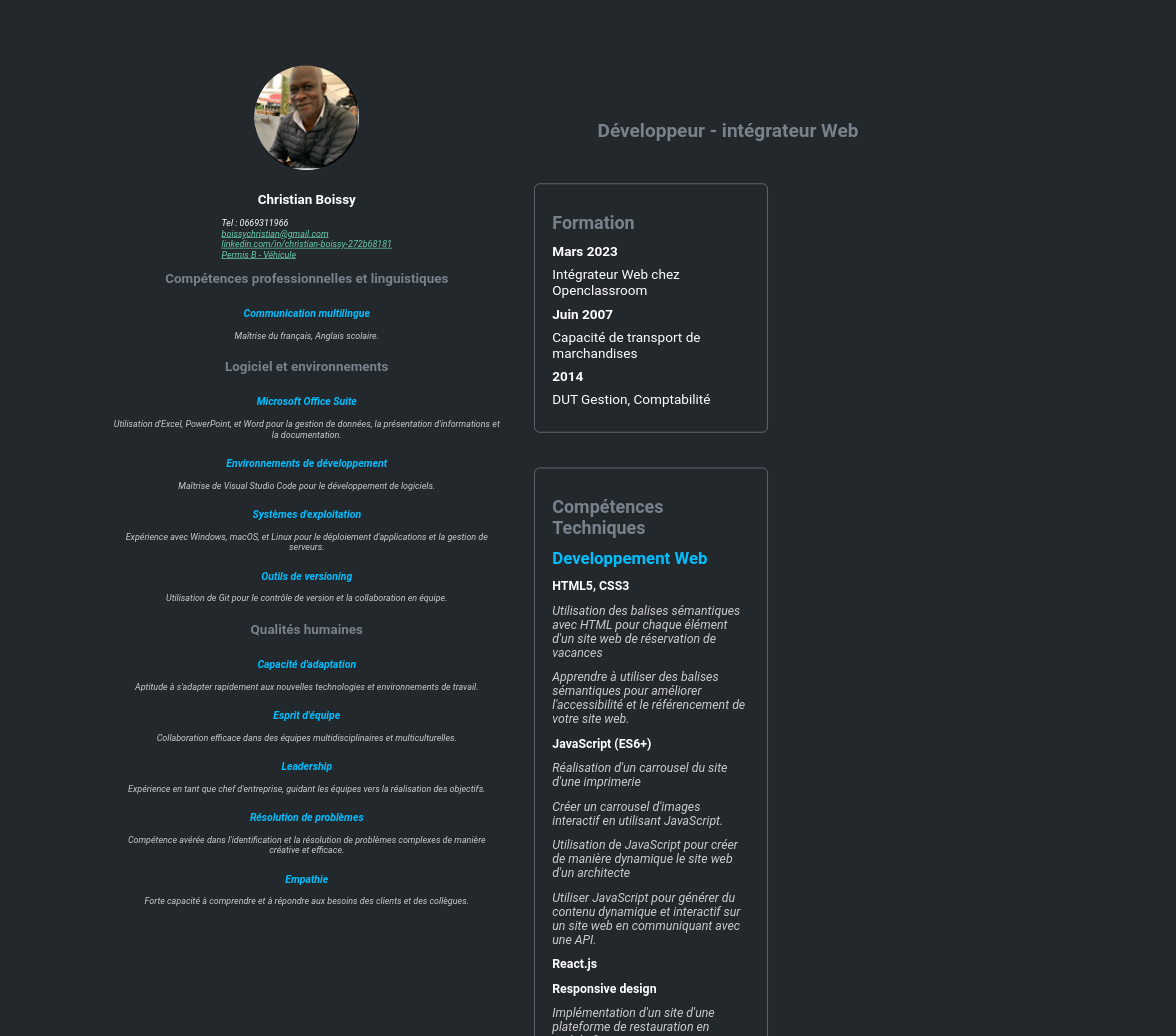
Repository: Christian121966/cv-logistique
Page: /
These files come from the project's save history. The page is drawn as it stood at one moment and after the next save; the edit follows.
The browser window is 1280 px wide. The page is 1680 px wide, so the pictures cover 1680 px, including what lies to the right of the window. The pictures show the part of the page from y = 0 to 1480 px (the page is 3160 px tall), at 70% of full size.
The project was rebuilt for these pictures with package versions that can differ from the ones it lists, and the page was loaded fresh each time.

Above is the page before, as saved 2024-07-29 01:24:37.

### public/index.html
<!DOCTYPE html>
<html lang="en">
  <head>
    <meta charset="utf-8" />
    <link rel="icon" href="%PUBLIC_URL%/favicon.ico" />
    <meta name="viewport" content="width=device-width, initial-scale=1" />
    <meta name="theme-color" content="#000000" />
    <meta name="description" content="Curriculum Vitae de Christian Boissy, développeur web front-end" />
    <meta name="keywords" content="Christian Boissy, CV, développeur front-end, React, Node.js, JavaScript" />
    <meta name="author" content="Christian Boissy" />

    <!-- Open Graph Meta Tags -->
    <meta property="og:title" content="CV de Christian Boissy" />
    <meta property="og:description" content="Curriculum Vitae de Christian Boissy, développeur web front-end" />
    <meta property="og:image" content="%PUBLIC_URL%/logo192.png" />
    <meta property="og:url" content="https://christian121966.github.io/cv-christian-boissy/" />
    <meta property="og:type" content="website" />

    <!-- Twitter Card Meta Tags -->
    <meta name="twitter:card" content="summary_large_image" />
    <meta name="twitter:title" content="CV de Christian Boissy" />
    <meta name="twitter:description" content="Curriculum Vitae de Christian Boissy, développeur web front-end" />
    <meta name="twitter:image" content="%PUBLIC_URL%/logo192.png" />

    <link rel="apple-touch-icon" href="%PUBLIC_URL%/logo192.png" />
    <link rel="manifest" href="%PUBLIC_URL%/manifest.json" />
    <title>CV-CHRISTIAN-BOISSY</title>

    <!-- Google Analytics -->
    <script async src="https://www.googletagmanager.com/gtag/js?id=G-K4EJ3NRTQS"></script>
    <script>
      window.dataLayer = window.dataLayer || [];
      function gtag(){dataLayer.push(arguments);}
      gtag('js', new Date());
      gtag('config', 'G-K4EJ3NRTQS');
    </script>
  </head>
  <body>
    <noscript>You need to enable JavaScript to run this app.</noscript>
    <div id="root"></div>
    <!--
      This HTML file is a template.
      If you open it directly in the browser, you will see an empty page.

      You can add webfonts, meta tags, or analytics to this file.
      The build step will place the bundled scripts into the <body> tag.

      To begin the development, run `npm start` or `yarn start`.
      To create a production bundle, use `npm run build` or `yarn build`.
    -->
  </body>
</html>

### src/index.js
import React from 'react';
import ReactDOM from 'react-dom/client';
import './index.css';
import App from './App';
import ReactGA from 'react-ga4';

ReactGA.initialize('G-K4EJ3NRTQS', {
  cookieFlags: 'SameSite=None; Secure'
});

ReactGA.send('pageview');

const root = ReactDOM.createRoot(document.getElementById('root'));
root.render(
  <React.StrictMode>
    <App />
  </React.StrictMode>
);

### src/App.js
import React from 'react';
import './App.css';
import Footer from './components/Footer';
import Section from './components/Section';
import Sidebar from './components/Sidebar';
import Formation from './components/Formation';
import CompetencesTechniques from './components/CompetencesTechniques';
import ExperiencesProfessionnelles from './components/ExperiencesProfessionnelles';

function App() {
  return (
    <div className="App">
      <header className="cv-title">
        <h1>Développeur - intégrateur Web</h1>
      </header>
      <div className="container">
        <Sidebar />
        <main>
          <div className="card">
            <Section title="Formation">
              <Formation />
            </Section>
          </div>
          <div className="card">
            <Section title="Compétences Techniques">
              <CompetencesTechniques />
            </Section>
          </div>
          <div className="card">
            <Section title="Expériences Professionnelles">
              <ExperiencesProfessionnelles />
            </Section>
          </div>
        </main>
      </div>
      <Footer />
    </div>
  );
}

export default App;

### src/App.css
@charset "UTF-8";
/* Variables de couleurs */
/* Mixins */
*,
*::before,
*::after {
  box-sizing: border-box;
  margin: 0;
  padding: 0;
}

body {
  background-color: rgb(35, 40, 45);
  color: rgb(255, 255, 255);
  font-family: "Roboto", sans-serif;
  padding: 0;
  margin: 0;
  overflow-x: hidden;
  overflow-y: auto;
}
body header.cv-title {
  display: flex;
  justify-content: center;
  position: relative;
  top: 185px;
  left: 0;
  margin-bottom: 2px;
}
body header.cv-title h1 {
  color: rgb(120, 130, 140);
  font-size: 1em;
}
body .container {
  display: flex;
  flex-direction: column;
  padding: 10px;
}
body .container .container {
  display: flex;
  flex-direction: column;
  padding: 10px;
}
body .container .sidebar {
  width: 100%;
  font-size: 0.8em;
  display: flex;
  flex-direction: column;
  justify-content: center;
  align-items: center;
  padding: 2px;
}
body .container .sidebar h2 {
  font-size: 1.5em;
  text-align: center;
  margin: 15px 0 15px 0;
  color: rgb(120, 130, 140);
}
body .container .sidebar .profile-photo {
  width: 150px;
  height: 150px;
  border-radius: 50%;
  margin-bottom: 30px;
  cursor: pointer;
  transition: width 0.3s ease, height 0.3s ease;
}
body .container .sidebar .profile-photo:hover {
  width: 360px;
  height: 360px;
  border-radius: 50%;
  margin-bottom: 30px;
}
body .container .sidebar address {
  margin-top: 15px;
}
body .container .sidebar address a {
  color: mediumaquamarine;
}
body .container .sidebar ul {
  list-style-type: none;
  text-align: center;
}
body .container .sidebar ul h3 {
  margin: 15px 0 15px 0;
  color: deepskyblue;
}
body .container .sidebar ul li {
  display: flex;
  flex-direction: column;
  margin-bottom: 10px;
  overflow-y: auto;
}
body .container .sidebar ul li li > span {
  display: block; /* Assurez-vous que span est affiché comme bloc */
  text-align: center; /* Exemple de centrage de span */
  color: #777; /* Exemple de couleur de texte */
}
body main {
  margin: 0;
}
body section h2 {
  font-size: 1.2em;
  margin: 15px 0 15px 0;
}
body .card {
  margin: 5px;
  padding: 10px;
  background: rgb(35, 40, 45);
  border: 1px solid rgb(120, 130, 140);
  border-radius: 8px;
}
body .card div, body .card ul {
  font-size: 0.9em;
  list-style-type: none;
  margin-bottom: 10px;
}
body .card h2 {
  color: rgb(120, 130, 140);
}
body .card h3 {
  font-size: 1.1em;
  margin: 15px 0 15px 0;
  color: deepskyblue;
}
body li {
  margin-bottom: 15px;
  font-style: italic;
  color: #ccc;
}
body .li_title {
  font-weight: bold;
  font-style: normal;
  color: #fff;
}
body p {
  font-size: 1em;
}
body footer p {
  font-size: 0.6em;
  display: flex;
  justify-content: center;
  text-align: center;
}

/* Pour les écrans de 320px à 425px */
@media screen and (max-width: 425px) {
  body header.cv-title {
    position: relative;
    top: 190px;
    left: 0;
    margin-bottom: 2px;
    text-align: center;
  }
  body header.cv-title h1 {
    color: rgb(120, 130, 140);
    font-size: 1.2em;
  }
  body .container {
    display: flex;
    flex-direction: column;
    padding: 10px;
  }
  body .sidebar {
    width: 100%;
    font-size: 0.8em;
    display: flex;
    flex-direction: column;
    justify-content: center;
    align-items: center;
    padding: 2px;
  }
  body .sidebar h2 {
    font-size: 1.1em;
    text-align: center;
    margin: 15px 0;
    color: rgb(120, 130, 140);
  }
  body .sidebar .profile-photo {
    width: 150px;
    height: 150px;
    border-radius: 50%;
    margin-bottom: 30px;
  }
  body .sidebar address {
    margin-top: 0;
  }
  body .sidebar address a {
    color: mediumaquamarine;
  }
  body .sidebar ul {
    list-style-type: none;
  }
  body .sidebar ul h3 {
    margin: 15px 0;
    color: deepskyblue;
    text-align: center;
  }
  body .sidebar ul li {
    margin-bottom: 10px;
    text-align: center;
  }
  body .sidebar ul li span {
    display: block;
    color: #ccc;
  }
  body main {
    margin: 0;
    padding: 15px;
  }
  body section h2 {
    font-size: 1.3em;
    margin: 15px 0;
  }
  body .card {
    margin: 10px;
    padding: 12px;
    background: rgb(35, 40, 45);
    border: 1px solid rgb(120, 130, 140);
    border-radius: 8px;
  }
  body .card .formation-date {
    color: #fff;
    font-style: normal;
    font-size: 1.2em;
  }
  body .card div, body .card ul {
    font-size: 0.9em;
    list-style-type: none;
    color: #ccc;
    font-style: italic;
  }
  body .card h3 {
    font-size: 1.2em;
    margin: 15px 0;
    color: deepskyblue;
  }
  body p {
    font-size: 1em;
  }
  body footer p {
    font-size: 0.8em;
    display: flex;
    justify-content: center;
    text-align: center;
    margin: 10px;
  }
}
/* Pour les écrans de 768px et plus */
@media screen and (min-width: 768px) {
  body header.cv-title {
    top: 140px;
    left: 260px;
    margin-bottom: 20px;
  }
  body header.cv-title h1 {
    font-size: 1.5em;
  }
  body .container {
    display: flex;
    flex-direction: row;
    padding: 25px;
    justify-content: center;
    align-items: flex-start;
    max-width: 1023px;
    margin: 0 auto;
  }
  body .sidebar {
    width: 35%;
    font-size: 1.1em;
    padding: 15px;
    display: flex;
    flex-direction: column;
    justify-content: flex-start;
    align-items: center;
    height: 170vh;
    margin-right: 20px;
  }
  body .sidebar .profile-photo {
    width: 180px;
    height: 180px;
  }
  body .sidebar h2 {
    font-size: 1.3em;
  }
  body main {
    width: 65%;
    padding: 0 25px;
    display: flex;
    flex-direction: column;
    margin-top: 150px;
  }
  body section h2 {
    font-size: 1.5em;
  }
  body .card {
    margin: 20px 0;
    padding: 20px;
    background: rgb(35, 40, 45);
    border: 1px solid rgb(120, 130, 140);
    border-radius: 8px;
  }
  body .card div, body .card ul {
    font-size: 0.9em;
  }
  body .card h3 {
    font-size: 1.4em;
  }
  body p {
    font-size: 0.9em;
  }
  footer {
    display: flex;
    justify-content: center;
    align-items: center;
    margin-top: 20px;
  }
  footer p {
    font-size: 0.8em;
  }
}
/* Pour les écrans de 1024px et plus */
@media screen and (min-width: 1024px) {
  body header.cv-title {
    top: 170px;
    left: 400px;
    margin-bottom: 25px;
    overflow-y: hidden;
    overflow-x: hidden;
  }
  body header.cv-title h1 {
    font-size: 1.7em;
  }
  body .container {
    padding: 30px;
  }
  body .sidebar {
    width: 35%;
    font-size: 1.2em;
    padding: 20px;
  }
  body .sidebar .profile-photo {
    width: 190px;
    height: 190px;
  }
  body .sidebar h2 {
    font-size: 1.4em;
  }
  body section h2 {
    font-size: 1.6em;
  }
  body .card {
    margin: 25px 0;
    padding: 25px;
  }
  body .card div, body .card ul {
    font-size: 1.1em;
  }
  body .card h3 {
    font-size: 1.5em;
  }
  body p {
    font-size: 1em;
  }
}/*# sourceMappingURL=App_20240729012437.css.map */

### src/components/Footer.js
import React from 'react';

const Footer = () => {
  return (
    <footer>
      <p>© 2024 Christian Boissy. Tous droits réservés.</p>
    </footer>
  );
};

export default Footer;

### src/components/Section.js
import React from 'react';

const Section = ({ title, children }) => {
  return (
    <section>
      <h2>{title}</h2>
      {children}
    </section>
  );
};

export default Section;

### src/components/Sidebar.js
import React from 'react';
import ReactGA from 'react-ga4';

function handleEmailClick() {
  ReactGA.event({
    category: 'User',
    action: 'Clicked on Email Link',
    label: 'Email'
  });
}

function handleLinkedInClick() {
  ReactGA.event({
    category: 'User',
    action: 'Clicked on LinkedIn Link',
    label: 'LinkedIn'
  });
}

const Sidebar = () => {
  return (
    <aside className="sidebar">
      <img src={`${process.env.PUBLIC_URL}/images/Chris.png`} alt="Chris" className="profile-photo" />
      <h1>Christian Boissy</h1>
      <address>
        Tel : 0669311966<br />
        <a href="mailto:boissychristian@gmail.com" onClick={handleEmailClick}>boissychristian@gmail.com</a><br />
        <a href="https://linkedin.com/in/christian-boissy-272b68181" target="_blank" rel="noopener noreferrer" onClick={handleLinkedInClick}>
          linkedin.com/in/christian-boissy-272b68181
          <p>Permis B - Véhicule</p>
        </a>
      </address>
      <h2>Compétences professionnelles et linguistiques</h2>
      <ul>
        <li>
          <h3>Communication multilingue</h3>
          <span>Maîtrise du français, Anglais scolaire.</span>
        </li>
      </ul>
      <h2>Logiciel et environnements</h2>
      <ul>
        <li>
          <h3>Microsoft Office Suite</h3>
          <span>Utilisation d'Excel, PowerPoint, et Word pour la gestion de données, la présentation d'informations et la documentation.</span>
        </li>
        <li>
          <h3>Environnements de développement</h3>
          <span>Maîtrise de Visual Studio Code pour le développement de logiciels.</span>
        </li>
        <li>
          <h3>Systèmes d'exploitation</h3>
          <span>Expérience avec Windows, macOS, et Linux pour le déploiement d'applications et la gestion de serveurs.</span>
        </li>
        <li>
          <h3>Outils de versioning</h3>
          <span>Utilisation de Git pour le contrôle de version et la collaboration en équipe.</span>
        </li>
      </ul>
      <h2>Qualités humaines</h2>
      <ul>
        <li>
          <h3>Capacité d'adaptation</h3>
          <span>Aptitude à s'adapter rapidement aux nouvelles technologies et environnements de travail.</span>
        </li>
        <li>
          <h3>Esprit d'équipe</h3>
          <span>Collaboration efficace dans des équipes multidisciplinaires et multiculturelles.</span>
        </li>
        <li>
          <h3>Leadership</h3>
          <span>Expérience en tant que chef d'entreprise, guidant les équipes vers la réalisation des objectifs.</span>
        </li>
        <li>
          <h3>Résolution de problèmes</h3>
          <span>Compétence avérée dans l'identification et la résolution de problèmes complexes de manière créative et efficace.</span>
        </li>
        <li>
          <h3>Empathie</h3>
          <span>Forte capacité à comprendre et à répondre aux besoins des clients et des collègues.</span>
        </li>
      </ul>
    </aside>
  );
};

export default Sidebar;

### src/components/Formation.js
import React from 'react';
import cvData from '../data/cvData';


function Formation() {
  return (
    <>
      {cvData.formation.map((item, index) => (
        <div key={index} className="formation-item">
          <div className="formation-date"><strong>{item.date}</strong></div>
          <div className="formation-title">{item.title}</div>
          {item.details && <div className="formation-details">{item.details}</div>}
        </div>
      ))}
    </>
  );
}

export default Formation;

### src/components/CompetencesTechniques.js
import React from 'react';
import cvData from '../data/cvData';

function CompetencesTechniques() {
  return (
    <>
      <h3>Developpement Web</h3>
      <ul>
        {cvData.competences.developpementWeb.map((item, index) => (
          <li key={index} className={item.title ? 'li_title' : ''}>
            {item.text}
          </li>
        ))}
      </ul>
      <h3>Logistique</h3>
      <ul>
        {cvData.competences.logistique.map((item, index) => (
          <li key={index} className={item.title ? 'li_title' : ''}>
            {item.text}
          </li>
        ))}
      </ul>
    </>
  );
}

export default CompetencesTechniques;

### src/components/ExperiencesProfessionnelles.js
import React from 'react';
import cvData from '../data/cvData';

function ExperiencesProfessionnelles() {
  // Vérifiez que cvData.experiences est défini et qu'il s'agit d'un tableau
  if (!cvData.experiences || !Array.isArray(cvData.experiences)) {
    return <div>Aucune expérience professionnelle disponible.</div>;
  }

  return (
    <div>
      {cvData.experiences.map((exp, index) => (
        <div key={index}>
          <h3>{exp.title}</h3>
          <p>{exp.date}</p>
          {exp.details && exp.details.map((detail, idx) => (
            typeof detail === 'string' ?
              <p key={idx}>{detail}</p> :
              <div key={idx}>
                <strong>{detail.highlight}</strong>
                {detail.list ? <ul>{detail.list.map((item, itemIdx) => <li key={itemIdx}>{item}</li>)}</ul> : <p>{detail.description}</p>}
              </div>
          ))}
          {/* Si exp.details n'est pas défini, affichez un message ou laissez vide */}
          {!exp.details && <p></p>}
        </div>
      ))}
    </div>
  );
}

export default ExperiencesProfessionnelles;

### src/data/cvData.js
const cvData = {
  formation: [
    {
      date: "Mars 2023",
      title: "Intégrateur Web chez Openclassroom",
    },
    {
      date: "Juin 2007",
      title: "Capacité de transport de marchandises",
    },
    {
      date: "2014",
      title: "DUT Gestion, Comptabilité"
    }
  ],
  competences: {
    developpementWeb: [
      { title: true, text: "HTML5, CSS3" },
      { title: false, text: "Utilisation des balises sémantiques avec HTML pour chaque élément d'un site web de réservation de vacances" },
      { title: false, text: "Apprendre à utiliser des balises sémantiques pour améliorer l'accessibilité et le référencement de votre site web." },
      { title: true, text: "JavaScript (ES6+)" },
      { title: false, text: "Réalisation d'un carrousel du site d'une imprimerie" },
      { title: false, text: "Créer un carrousel d'images interactif en utilisant JavaScript." },
      { title: false, text: "Utilisation de JavaScript pour créer de manière dynamique le site web d'un architecte" },
      { title: false, text: "Utiliser JavaScript pour générer du contenu dynamique et interactif sur un site web en communiquant avec une API." },
      { title: true, text: "React.js" },
      { title: true, text: "Responsive design" },
      { title: false, text: "Implémentation d'un site d'une plateforme de restauration en mobile-first avec SASS" },
      { title: false, text: "Couvrir les techniques de conception mobile first en utilisant SASS pour garantir un site optimisé pour les appareils mobiles avant de l'adapter aux écrans plus grands. Découvrir comment utiliser les fonctionnalités avancées de SASS comme les variables, les mixins, et les fonctions pour créer des styles modulaires et réutilisables." },
      { title: true, text: "Optimisation SEO" }
    ],
    logistique: [
      { title: true, text: "Capacité de transport de marchandises" },
      { title: false, text: "Gestion d'une société de transport de marchandises" },
      { title: false, text: "Gestion de personnel" },
      { title: false, text: "Gestion des stocks" },
      {title: true, text:"Communication" },
      { title: false, text:"Gestion des contacts" },
      { title: false, text:"Gestion du personnel" }
    ]
  },
  experiences: [
    {
      date: "Déc. 2021 - Juin 2022",
      title: "First Stop Sartrouville - Herblay",
      details: [
        { highlight: "Livraison de pneus en Ile de France, gestion des commandes et des stocks" },
      ]
    },
    {
      date: "2007 - 2021",
      title: "Gérant de société de transport - Paris",
      details: [
        { highlight: "Livraison de colis en partenariat avec Colisweb"},
        { highlight: "Livraison avec SVP"},
        { highlight: "Livraison avec CG Courses"}
      ]
    },
    {
      date: "1999 - 2007",
      title: "Cariste gestionnaire de stocks - Rougier Panneaux - Gennevilliers",
      details: [
        { highlight: "Chargement et déchargemement de colis de panneaux de bois"},
        { highlight: "Gestion du stock"},
        { highlight: "Préparation des commandes"}
      ]
    }
  ]
};

export default cvData;

Loaded but not shown: src/index.css (common file)

After the next save:
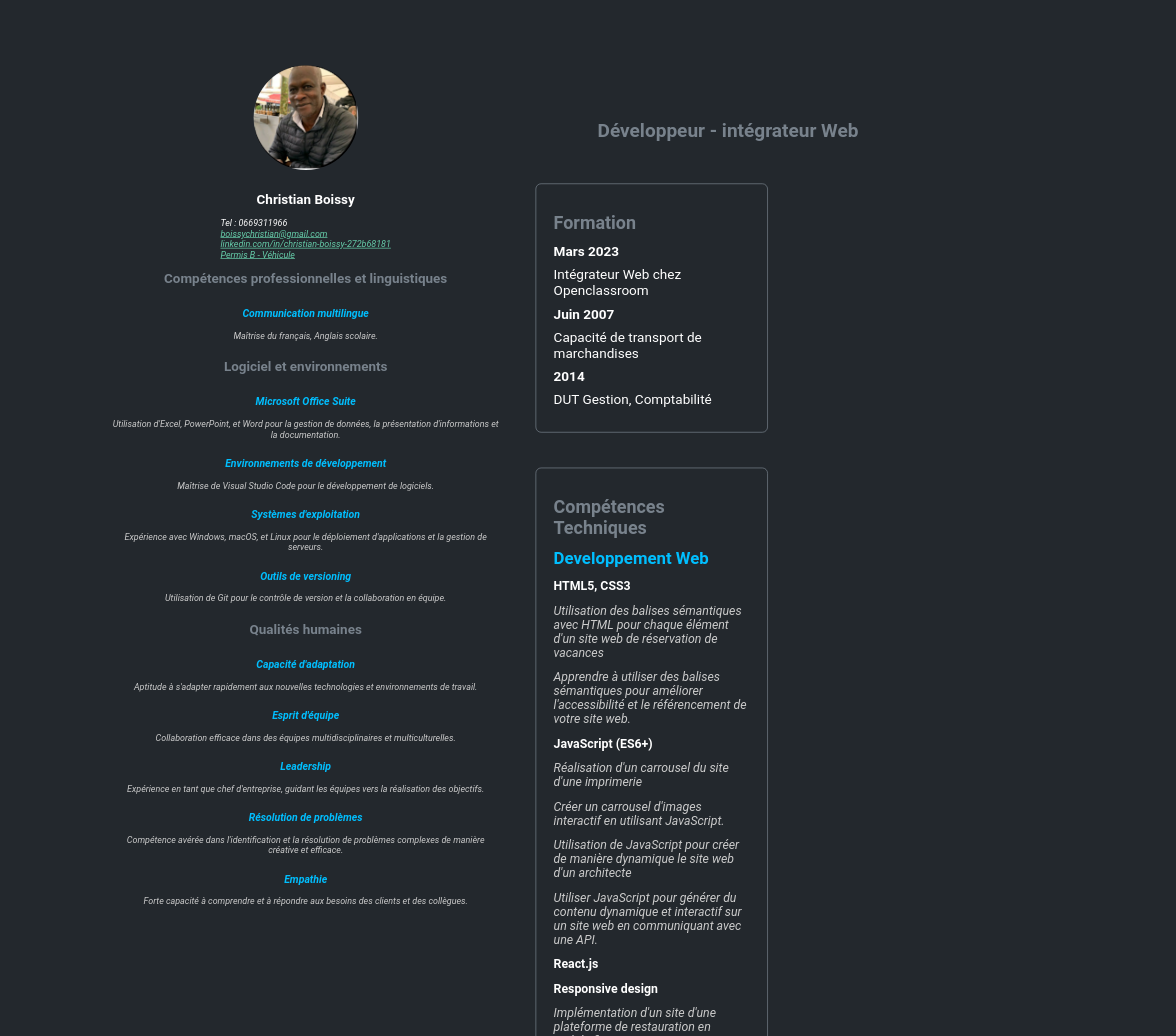
Saved 2 s later.
--- a/src/App.css
+++ b/src/App.css
@@ -273,6 +273,8 @@ body footer p {
     align-items: center;
     height: 170vh;
     margin-right: 20px;
+    align-items: center; /* Centrer les éléments de la sidebar */
+    margin-right: 25px;
   }
   body .sidebar .profile-photo {
     width: 180px;
@@ -360,4 +362,4 @@ body footer p {
   body p {
     font-size: 1em;
   }
-}/*# sourceMappingURL=App_20240729012437.css.map */
+}/*# sourceMappingURL=App_20240729012439.css.map */
